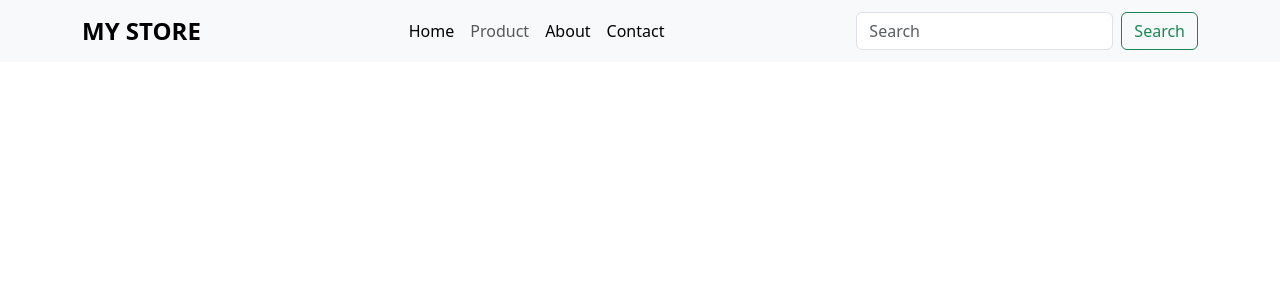
Repository: asad3407886839/E-commerce-Store
Page: /payment (app in vite-project/)
These files come from the project's save history. The page is drawn as it stood at one moment and after a run of saves; the edit follows.
The browser window is 1280 px wide. The pictures show the whole page.
The project was rebuilt for these pictures with package versions that can differ from the ones it lists, and the page was loaded fresh each time. Also part of the build but not shown: vite-project/vite.config.js, vite-project/src/index.css.

Above is the page before, as saved 2024-06-29 15:15:29.

After the next 2 saves:
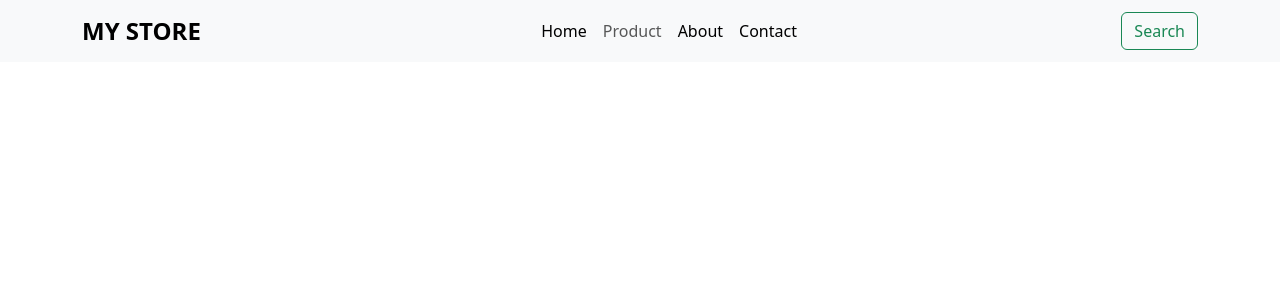
The 2 saves are shown as one change because 1 did not build or start.
The last was saved 47 s later.
--- a/vite-project/src/components/Navbar.jsx
+++ b/vite-project/src/components/Navbar.jsx
@@ -33,10 +33,8 @@
               </li>
 
             </ul>
-            <form className="d-flex" role="search">
-              <input className="form-control me-2" type="search" placeholder="Search" aria-label="Search" />
+
               <button className="btn btn-outline-success" type="submit">Search</button>
-            </form>
           </div>
         </div>
       </nav>
